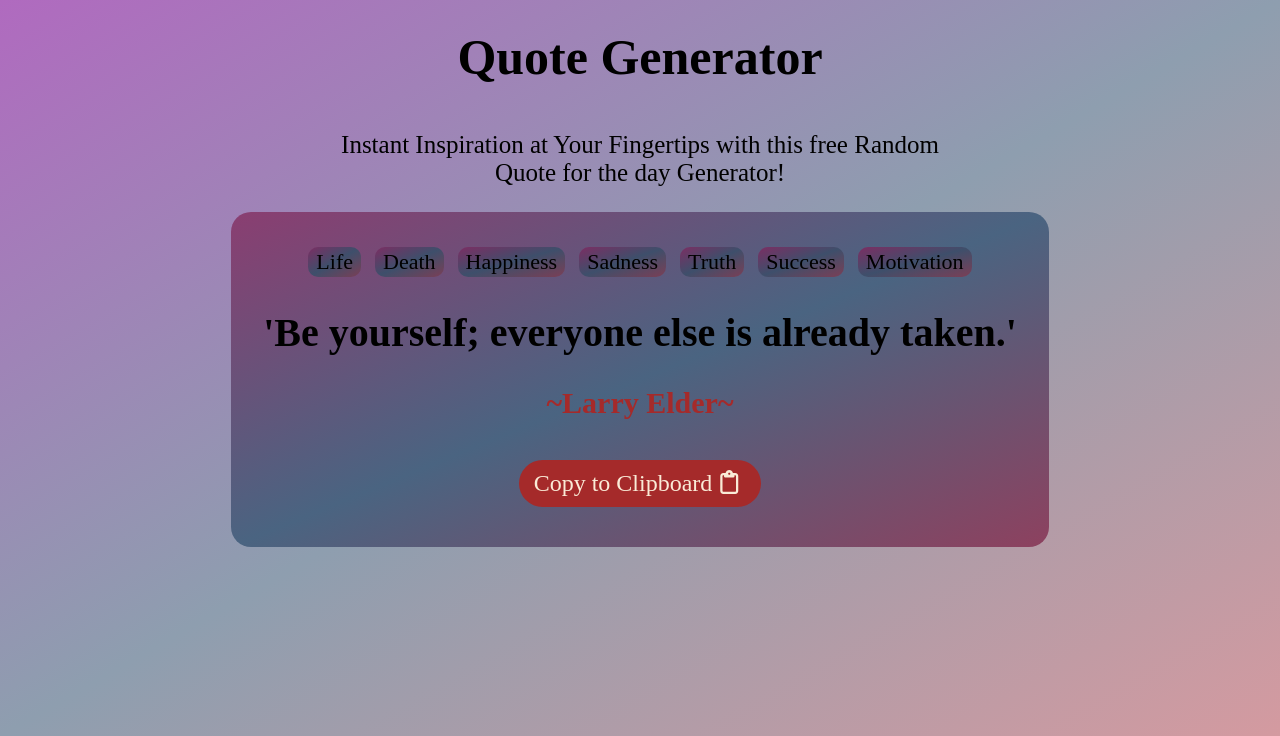
Repository: moehaymanmyint/Random-Quote-Generator
Page: index.html
The author's editor kept a copy of each file at every save. The page is drawn from the files as they stood at one save, then again after the next save.
The browser window is 1280 px wide. The pictures show the whole page.
Some web fonts or font styles are not loaded; a fallback is used. Some web libraries are served in a nearby version.

Above is the page before, as saved 2024-11-07 23:18:16.

After the next save:
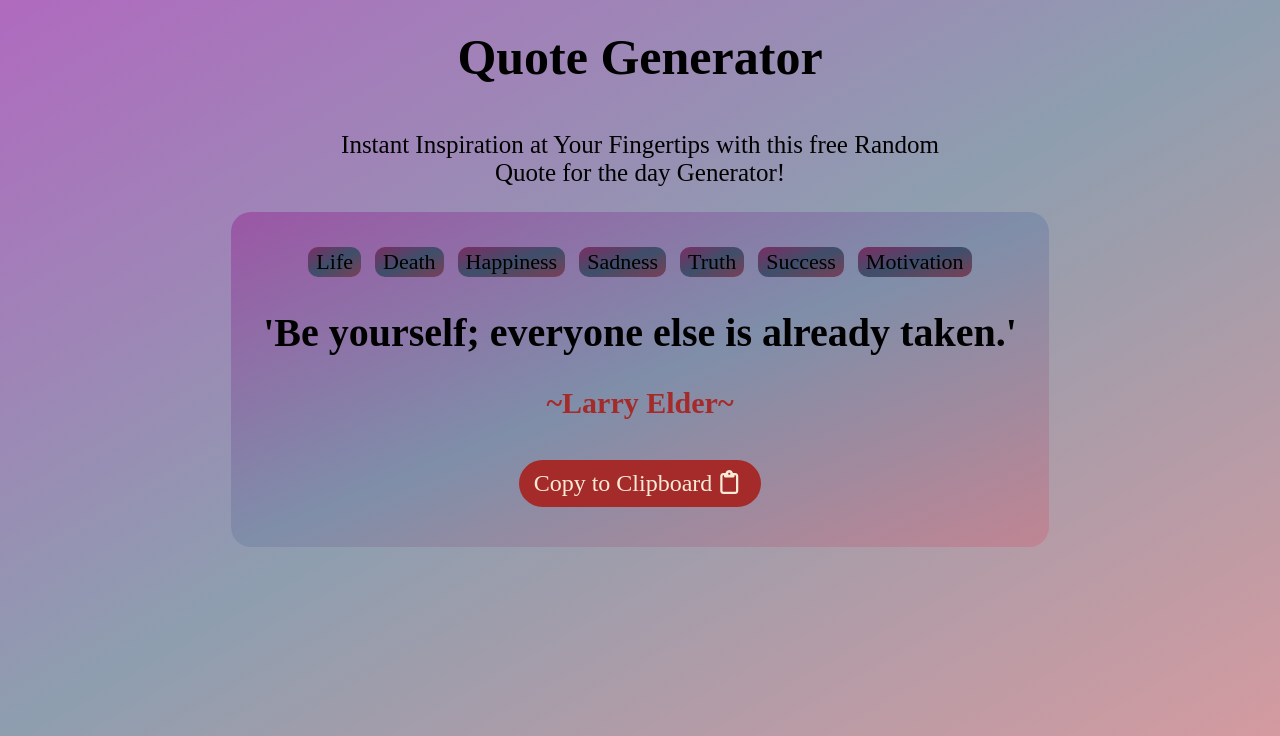
Saved 14 s later.
--- a/style.css
+++ b/style.css
@@ -32,7 +32,7 @@ body{
 }
 
 .quote-box{
-    background: linear-gradient(to bottom right, #8a3e71, #4a6481, #8d415f);
+    background: linear-gradient(to bottom right, #9b56a5, #7f8ea9, #c08593);
     padding: 30px;
     display: flex;
     flex-direction: column;
